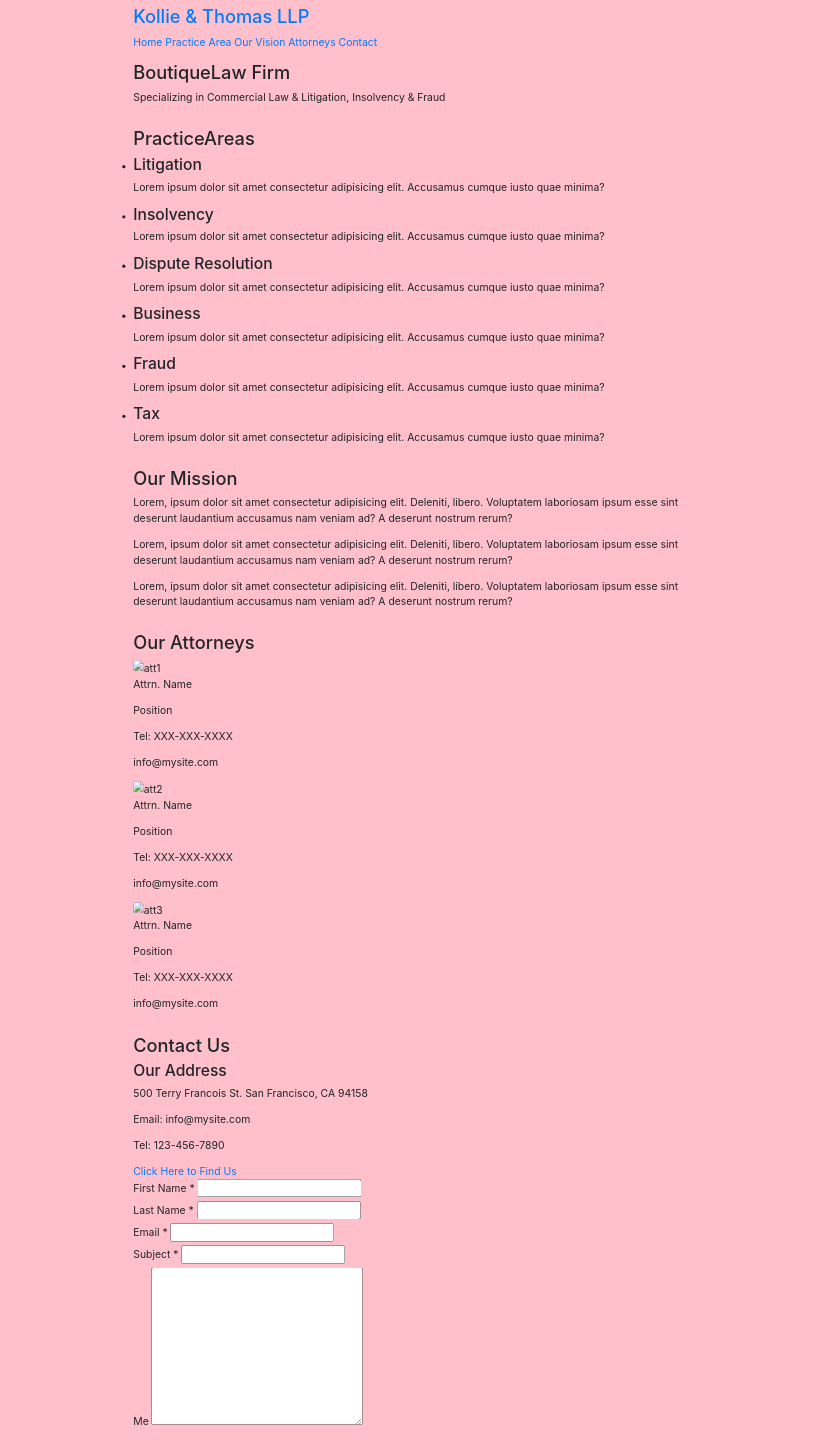
Repository: just-mann/kolllie-kolliellp
Page: index.html
The author's editor kept a copy of each file at every save. The page is drawn from the files as they stood at one save, then again after a run of saves.
The browser window is 1280 px wide. The pictures show the whole page, at 65% of full size.

Above is the page before, as saved 2021-06-01 16:24:38.

### index.html
<!DOCTYPE html>
<html lang="en">
<head>
    <meta charset="UTF-8">
    <meta name="viewport" content="width=device-width, initial-scale=1.0">
    <meta http-equiv="X-UA-Compatible" content="ie=edge">
    <meta name="Description" content="Enter your description here"/>
    <link rel="stylesheet" href="https://cdnjs.cloudflare.com/ajax/libs/twitter-bootstrap/4.6.0/css/bootstrap.min.css">
    <link rel="stylesheet" href="https://cdnjs.cloudflare.com/ajax/libs/font-awesome/5.15.2/css/all.min.css">
    <link rel="stylesheet" href="assets/css/utilities.css">
    <link rel="stylesheet" href="assets/css/style.css">
    <title>Kollie & Thomas LLP</title>
</head>
<body>
    <nav class="myNavbar">
        <div class="myContainer">
            <a href="#" class="myLogo"><h3>Kollie & Thomas LLP</h3></a>
            <div class="links">
                <a href="#">Home</a>
                <a href="#practiceArea">Practice Area</a>
                <a href="#ourVision">Our Vision</a>
                <a href="#ourAttorneys">Attorneys</a>
                <a href="#contact">Contact</a>
            </div>
        </div>
    </nav>
    <section class="heroSection">
        <div class="myContainer">
            <h3><span>Boutique</span>Law Firm</h3>
            <p>Specializing in Commercial Law & Litigation, Insolvency & Fraud</p>
        </div>
    </section>
    <section class="practiceArea" id="practiceArea">
        <div class="myContainer">
            <div class="practiceArreaDiv">
                <div class="left__side">
                    <h3><span>Practice</span>Areas</h3>
                </div>
                <div class="right__side">
                    <ul>
                        <div class="left">
                            <li><h4>Litigation</h4></li>
                            <p>Lorem ipsum dolor sit amet consectetur adipisicing elit. Accusamus cumque iusto quae minima?</p>
                            <li><h4>Insolvency</h4></li>
                            <p>Lorem ipsum dolor sit amet consectetur adipisicing elit. Accusamus cumque iusto quae minima?</p>
                            <li><h4>Dispute Resolution</h4></li>
                            <p>Lorem ipsum dolor sit amet consectetur adipisicing elit. Accusamus cumque iusto quae minima?</p>
                        </div>
                        <div class="right">
                            <li><h4>Business</h4></li>
                            <p>Lorem ipsum dolor sit amet consectetur adipisicing elit. Accusamus cumque iusto quae minima?</p>
                            <li><h4>Fraud</h4></li>
                            <p>Lorem ipsum dolor sit amet consectetur adipisicing elit. Accusamus cumque iusto quae minima?</p>
                            <li><h4>Tax</h4></li>
                            <p>Lorem ipsum dolor sit amet consectetur adipisicing elit. Accusamus cumque iusto quae minima?</p>
                        </div>
                    </ul>
                </div>
            </div>
        </div>
    </section>
    <section class="ourVision" id="ourVision">
        <div class="myContainer">
            <div class="ourVisionDiv">
                <h3 class="">Our Mission</h3>
                <div>
                    <p>Lorem, ipsum dolor sit amet consectetur adipisicing elit. Deleniti, libero. Voluptatem laboriosam ipsum esse sint deserunt laudantium accusamus nam veniam ad? A deserunt nostrum rerum?</p>
                </div>
                <div>
                    <p>Lorem, ipsum dolor sit amet consectetur adipisicing elit. Deleniti, libero. Voluptatem laboriosam ipsum esse sint deserunt laudantium accusamus nam veniam ad? A deserunt nostrum rerum?</p>
                </div>
                <div>
                    <p>Lorem, ipsum dolor sit amet consectetur adipisicing elit. Deleniti, libero. Voluptatem laboriosam ipsum esse sint deserunt laudantium accusamus nam veniam ad? A deserunt nostrum rerum?</p>
                </div>
            </div>
        </div>
    </section>
    <div class="parallaxImg">

    </div>
    <section class="ourAttorneys" id="ourAttorneys">
        <div class="myContainer">
            <h3>Our Attorneys</h3>
            <div class="attorneysDiv">
                <div class="attCard">
                    <img src="" alt="att1">
                    <div>
                        <p>Attrn. Name</p>
                        <p>Position</p>
                    </div>
                    <div>
                        <p>Tel: XXX-XXX-XXXX</p>
                        <p>info@mysite.com</p>
                    </div>
                </div>
                <div class="attCard">
                    <img src="" alt="att2">
                    <div>
                        <p>Attrn. Name</p>
                        <p>Position</p>
                    </div>
                    <div>
                        <p>Tel: XXX-XXX-XXXX</p>
                        <p>info@mysite.com</p>
                    </div>
                </div>
                <div class="attCard">
                    <img src="" alt="att3">
                    <div>
                        <p>Attrn. Name</p>
                        <p>Position</p>
                    </div>
                    <div>
                        <p>Tel: XXX-XXX-XXXX</p>
                        <p>info@mysite.com</p>
                    </div>
                </div>
            </div>
        </div>
    </section>
    <section class="contact" id="contact">
        <div class="myContainer">
            <div class="contactDiv">
                <div class="left__side">
                    <h3>Contact Us</h3>
                </div>
                <div class="right__side">
                    <h4><span>Our</span> Address</h4>
                    <div class="addressDiv">
                        <p>500 Terry Francois St. San Francisco, CA 94158</p>
                        <p>Email: info@mysite.com</p>
                        <p>Tel:  123-456-7890</p>
                    </div>
                    <div class="clickToFind">
                        <a href="#">Click Here to Find Us</a>
                    </div>
                    <form action="">
                        <div class="left__side">
                            <div>
                                <label for="subject">First Name *</label>
                                <input type="text">
                            </div>
                            <div>
                                <label for="subject">Last Name *</label>
                                <input type="text">
                            </div>
                            <div>
                                <label for="subject">Email *</label>
                                <input type="email">
                            </div>
                            <div>
                                <label for="subject">Subject *</label>
                                <input type="text">
                            </div>
                        </div>
                        <div class="right__side">
                            <label for="message">Me</label>
                            <textarea name="message" id="message" cols="30" rows="10"></textarea>
                        </div>
                        <div>

                        </div>
                    </form>
                </div>
            </div>
        </div>
    </section>
    <!-- Optional Scripts -->
    <script src="assets/scripts/myScript.js"></script>
    <script src="https://cdnjs.cloudflare.com/ajax/libs/jquery/3.5.1/jquery.slim.min.js"></script>
    <script src="https://cdnjs.cloudflare.com/ajax/libs/popper.js/1.16.1/umd/popper.min.js"></script>
    <script src="https://cdnjs.cloudflare.com/ajax/libs/twitter-bootstrap/4.6.0/js/bootstrap.min.js"></script>
</body>
</html>

### assets/css/utilities.css


.myContainer {
    max-width: 900px;
    margin: 0 auto;
    padding: 10px 15px;
}

### assets/css/style.css
* {
    padding: 0;
    margin: 0;
    box-sizing: border-box;
}

html {
    scroll-behavior: smooth;
}

body {
    background-color: pink;
}

### assets/scripts/myScript.js
console.log('It works');

After the next 2 saves:
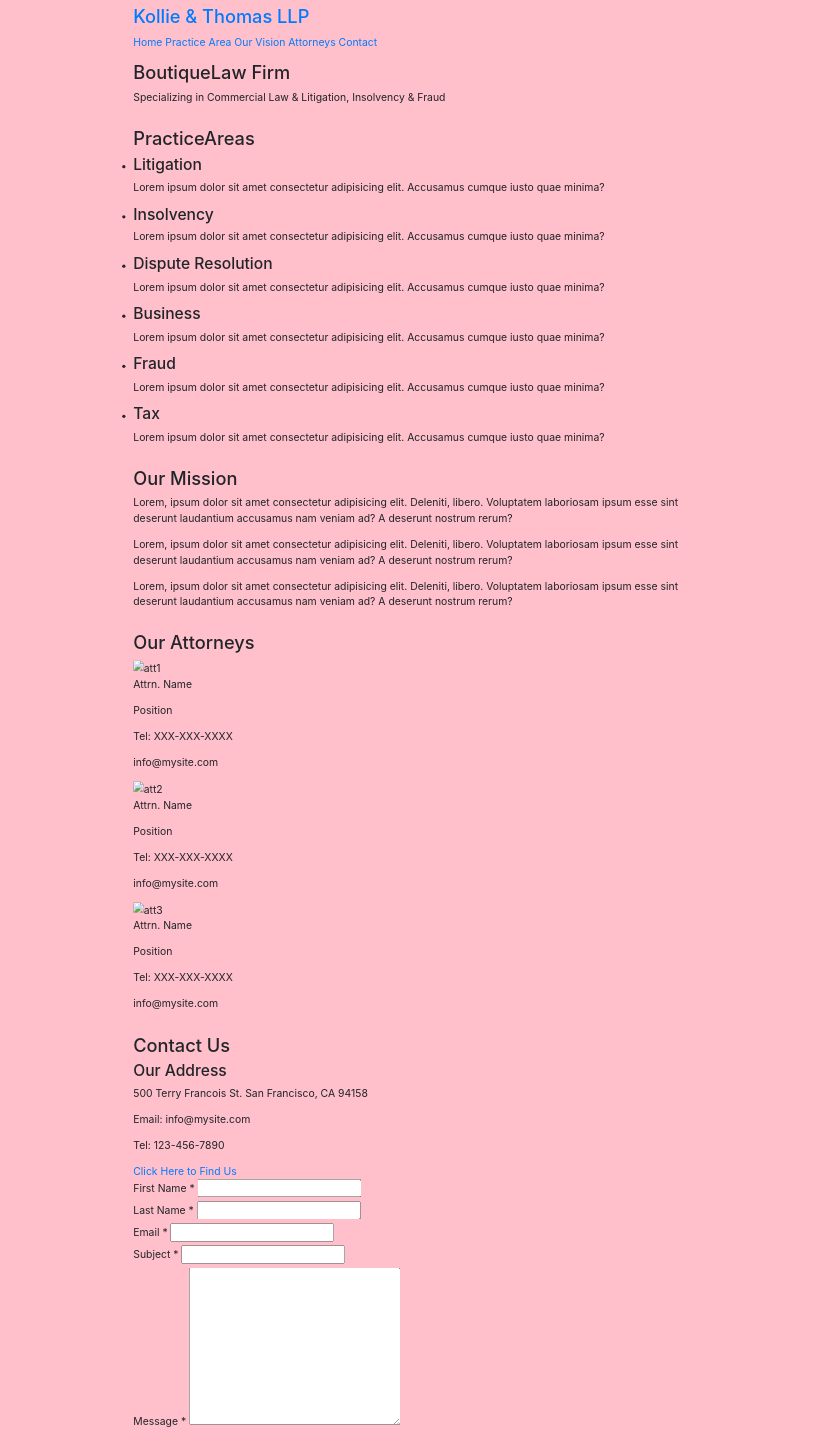
The 2 saves are shown as one change because they came seconds apart.
The last was saved 2 s later.
--- a/index.html
+++ b/index.html
@@ -154,7 +154,7 @@
                             </div>
                         </div>
                         <div class="right__side">
-                            <label for="message">Me</label>
+                            <label for="message">Message *</label>
                             <textarea name="message" id="message" cols="30" rows="10"></textarea>
                         </div>
                         <div>
